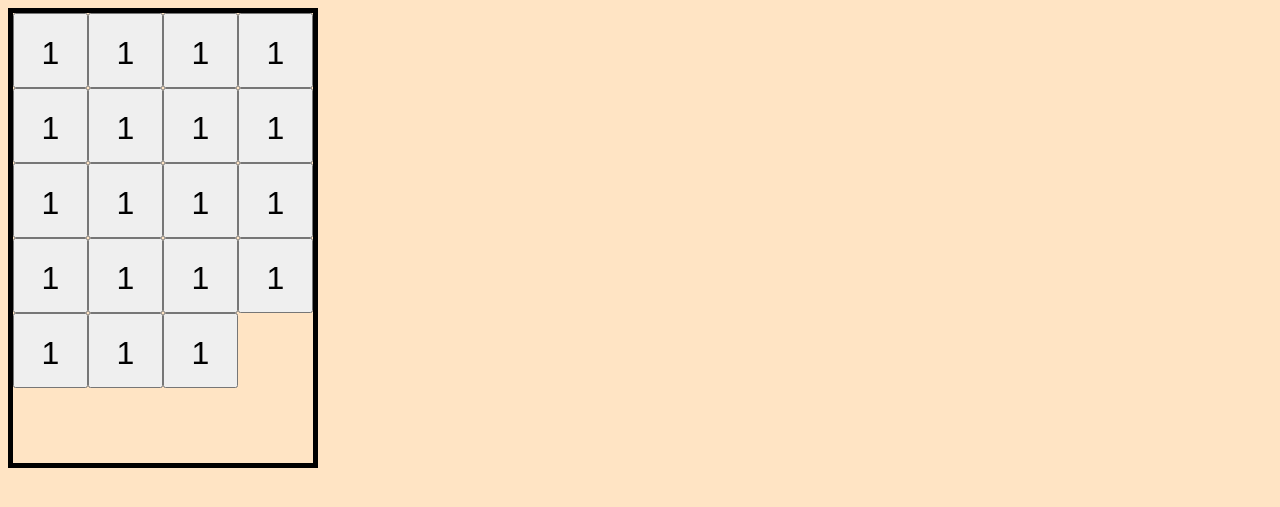
Repository: noahcallen/LAB-calculator
Page: index.html
The author's editor kept a copy of each file at every save. The page is drawn from the files as they stood at one save, then again after the next save.
The browser window is 1280 px wide. The pictures show the whole page.

Above is the page before, as saved 2024-07-10 18:57:33.

### index.html
<!DOCTYPE html>
<html lang="en">
<head>
  <meta charset="UTF-8">
  <meta name="viewport" content="width=device-width, initial-scale=1.0">
  <title>Document</title>
  <link rel="stylesheet" href="main.css">
  <meta name="viewport" content="width=device-width, initial-scale=1">
</head>
<body>
  <div class="container">
    <div class="row">
      <div class="col">
        <button type="button" class="btn btn-primary">1</button>
      </div>
      <div class="col">
        <button type="button" class="btn btn-primary">1</button>
      </div>
      <div class="col">
        <button type="button" class="btn btn-primary">1</button>
      </div>
      <div class="col">
        <button type="button" class="btn btn-primary">1</button>
      </div>
      <div class="col">
        <button type="button" class="btn btn-primary">1</button>
      </div>
      <div class="col">
        <button type="button" class="btn btn-primary">1</button>
      </div>
      <div class="col">
        <button type="button" class="btn btn-primary">1</button>
      </div>
      <div class="col">
        <button type="button" class="btn btn-primary">1</button>
      </div>
      <div class="col">
        <button type="button" class="btn btn-primary">1</button>
      </div>
      <div class="col">
        <button type="button" class="btn btn-primary">1</button>
      </div>
      <div class="col">
        <button type="button" class="btn btn-primary">1</button>
      </div>
      <div class="col">
        <button type="button" class="btn btn-primary">1</button>
      </div>
      <div class="col">
        <button type="button" class="btn btn-primary">1</button>
      </div>
      <div class="col">
        <button type="button" class="btn btn-primary">1</button>
      </div>
      <div class="col">
        <button type="button" class="btn btn-primary">1</button>
      </div>
      <div class="col">
        <button type="button" class="btn btn-primary">1</button>
      </div>
      <div class="col">
        <button type="button" class="btn btn-primary">1</button>
      </div>
      <div class="col">
        <button type="button" class="btn btn-primary">1</button>
      </div>
      <div class="col">
        <button type="button" class="btn btn-primary">1</button>
      </div>
  </div>

  </div>



  <script src="main.js"></script>
  <!-- import js bootstrap -->
  <script src="https://cdn.jsdelivr.net/npm/bootstrap@5.3.3/dist/js/bootstrap.bundle.min.js" integrity="sha384-YvpcrYf0tY3lHB60NNkmXc5s9fDVZLESaAA55NDzOxhy9GkcIdslK1eN7N6jIeHz" crossorigin="anonymous"></script>
</body>
</html>

### main.css
body {
  background-color: bisque;
}

.container {
  text-align: center;
  /* display: flex; */
  /* justify-content: space-around; */
  border: solid 5px black;
  height: 450px;
  width: 300px;
}

.btn-primary {
  display: flex;
  flex-wrap: wrap;
  justify-content: center;
  font-family: Arial, Helvetica, sans-serif;
  font-size: xx-large;
  height: 75px;
  width: 75px;
  padding: 20px;
}

.row {
  display: flex;
  flex-wrap: wrap;
}

Loaded but not shown: main.js (no stored copy; drawn as an empty file)

After the next save:
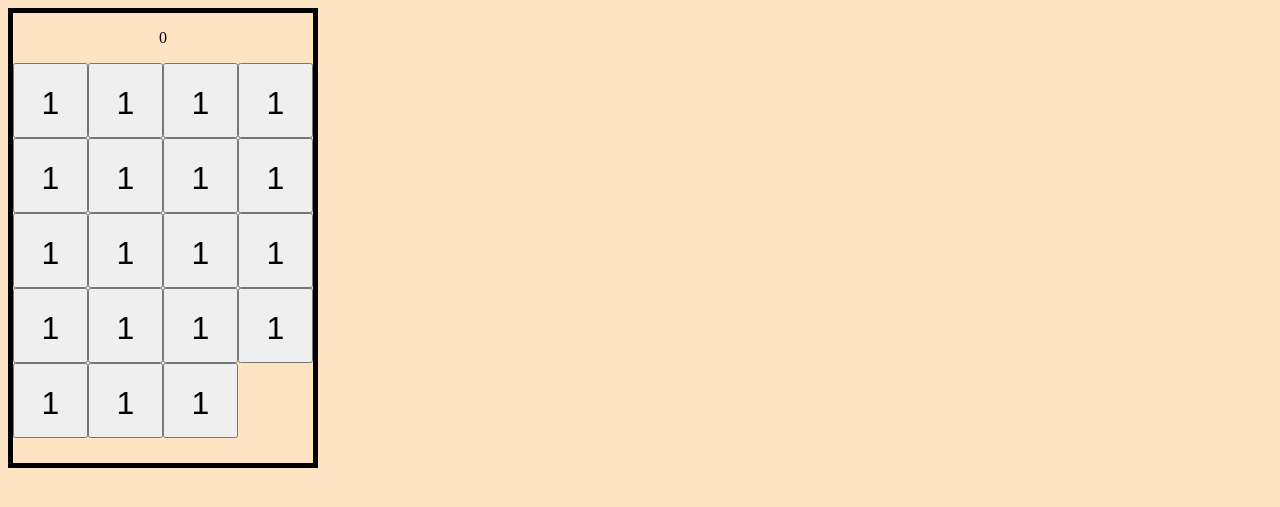
Saved 52 s later.
--- a/index.html
+++ b/index.html
@@ -9,6 +9,9 @@
 </head>
 <body>
   <div class="container">
+    <div>
+      <p>0</p>
+    </div>
     <div class="row">
       <div class="col">
         <button type="button" class="btn btn-primary">1</button>
